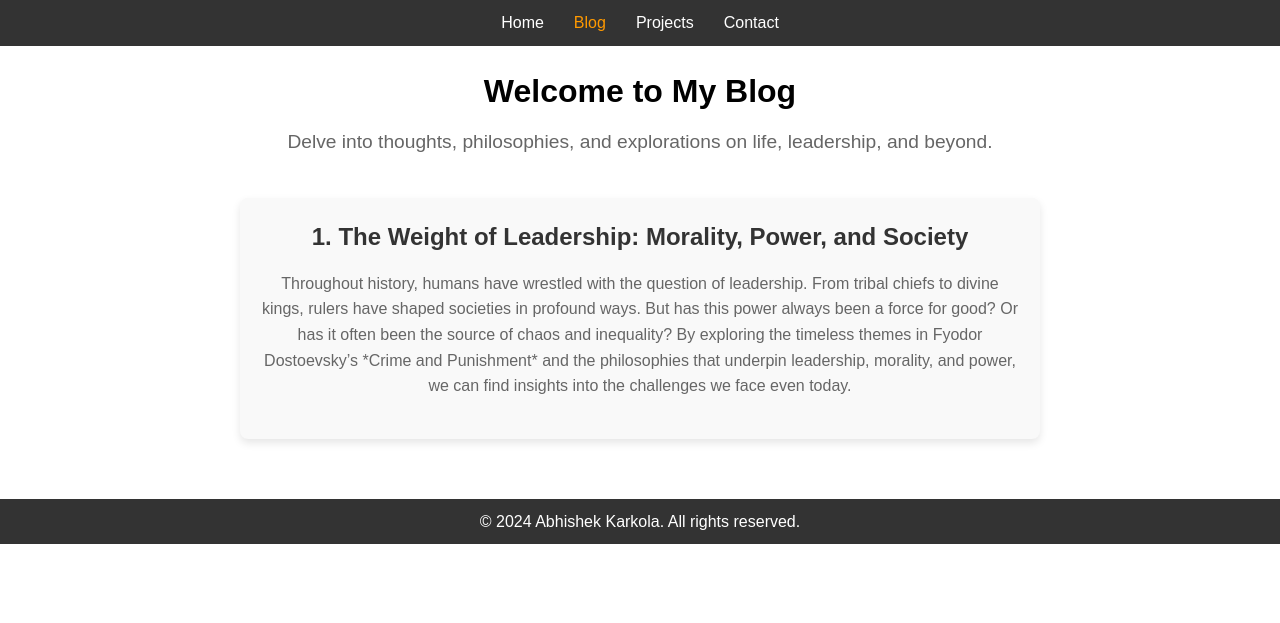
Repository: APersonalVoyage/APersonalVoyage.github.io
Page: blog.html
The author's editor kept a copy of each file at every save. The page is drawn from the files as they stood at one save, then again after the next save.
The browser window is 1280 px wide. The pictures show the whole page.

Above is the page before, as saved 2024-11-16 23:34:03.

### blog.html
<!DOCTYPE html>
<html lang="en">
<head>
  <meta charset="UTF-8">
  <meta name="viewport" content="width=device-width, initial-scale=1.0">
  <title>Blog - Abhishek Karkola</title>
  <link rel="stylesheet" href="blog.css">
</head>
<body>
  <header>
    <nav>
      <ul class="nav-links">
        <li><a href="index.html" class="nav-link">Home</a></li>
        <li><a href="blog.html" class="nav-link active">Blog</a></li>
        <li><a href="#projects" class="nav-link">Projects</a></li>
        <li><a href="#contact" class="nav-link">Contact</a></li>
      </ul>
    </nav>
  </header>

  <main>
    <section id="blog" class="blog-section-container">
      <div class="blog-header">
        <h1 class="title">Welcome to My Blog</h1>
        <p class="section__text">Delve into thoughts, philosophies, and explorations on life, leadership, and beyond.</p>
      </div>

      <div class="blog-containers">
        <!-- Blog Post 1 -->
        <article class="blog-details">
          <h2 class="project-title">
            <a href="blog_post_1.html" class="blog-link">1. The Weight of Leadership: Morality, Power, and Society</a>
          </h2>
          <p class="blog-summary">
            Throughout history, humans have wrestled with the question of leadership. From tribal chiefs to divine kings, rulers have shaped societies in profound ways. But has this power always been a force for good? Or has it often been the source of chaos and inequality? By exploring the timeless themes in Fyodor Dostoevsky’s *Crime and Punishment* and the philosophies that underpin leadership, morality, and power, we can find insights into the challenges we face even today.
          </p>
        </article>
      </div>
    </section>
  </main>

  <footer>
    <p>&copy; 2024 Abhishek Karkola. All rights reserved.</p>
  </footer>
</body>
</html>

### blog.css
/* General reset and layout */
* {
  margin: 0;
  padding: 0;
  box-sizing: border-box;
}

body {
  font-family: Arial, sans-serif;
  line-height: 1.6;
}

header {
  background-color: #333;
  padding: 10px 0;
}

.nav-links {
  display: flex;
  justify-content: center;
  list-style: none;
}

.nav-link {
  color: white;
  text-decoration: none;
  padding: 0 15px;
}

.nav-link:hover,
.nav-link.active {
  color: #ff9900;
}

/* Main section styling */
.blog-section-container {
  padding: 20px;
  text-align: center;
}

.blog-header {
  margin-bottom: 40px; /* Adds space between title and blog post */
}

.title {
  font-size: 2rem;
  margin-bottom: 10px; /* Space below title */
}

.section__text {
  font-size: 1.2rem;
  color: #666;
  margin-bottom: 40px;
}

.blog-containers {
  display: flex;
  flex-direction: column;
  align-items: center; /* Aligns blog posts to the center */
  gap: 30px; /* Space between posts */
}

.blog-details {
  background-color: #f9f9f9;
  padding: 20px;
  width: 80%; /* Makes sure the blog posts aren't too wide */
  max-width: 800px; /* Limits the maximum width */
  border-radius: 8px;
  box-shadow: 0 4px 8px rgba(0, 0, 0, 0.1);
}

.project-title {
  font-size: 1.5rem;
  margin-bottom: 15px;
}

.blog-link {
  text-decoration: none;
  color: #333;
}

.blog-link:hover {
  color: #ff9900; /* Highlight on hover */
}

.blog-summary {
  font-size: 1rem;
  color: #666;
  line-height: 1.6;
  margin-bottom: 20px;
}

/* Footer Styling */
footer {
  background-color: #333;
  color: white;
  text-align: center;
  padding: 10px 0;
  margin-top: 40px;
}

After the next save:
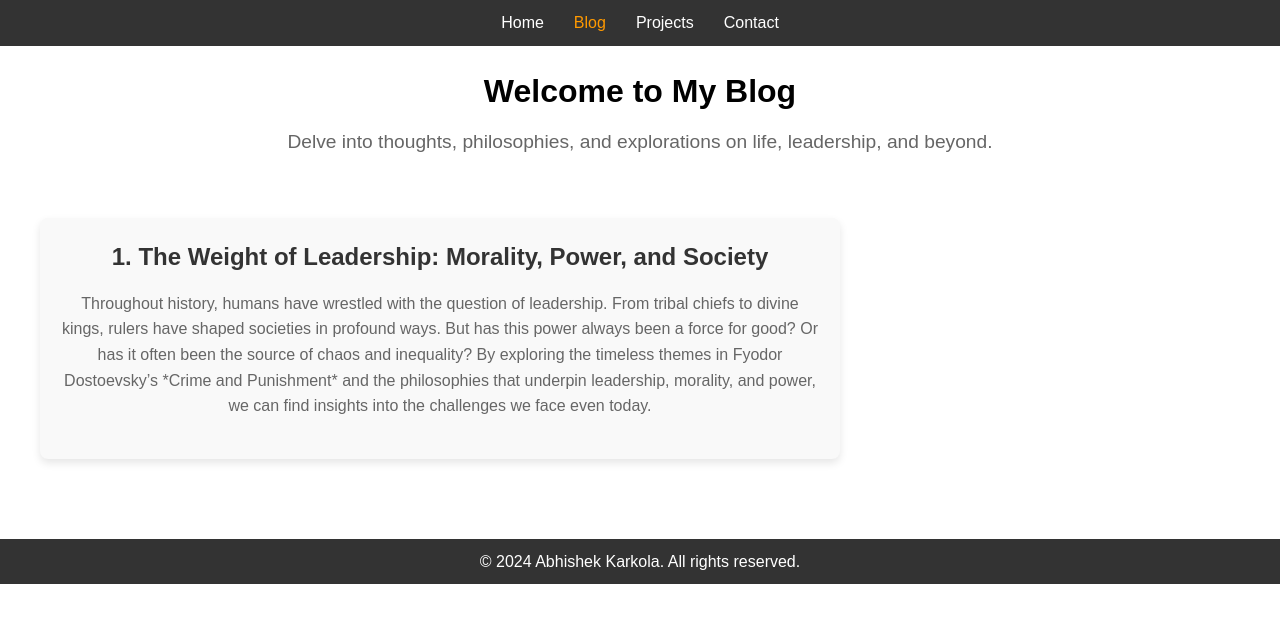
Saved 12 h 46 min later.
--- a/blog.html
+++ b/blog.html
@@ -25,7 +25,7 @@
         <p class="section__text">Delve into thoughts, philosophies, and explorations on life, leadership, and beyond.</p>
       </div>
 
-      <div class="blog-containers">
+      <div class="blog-section-container">
         <!-- Blog Post 1 -->
         <article class="blog-details">
           <h2 class="project-title">

After the save that followed:
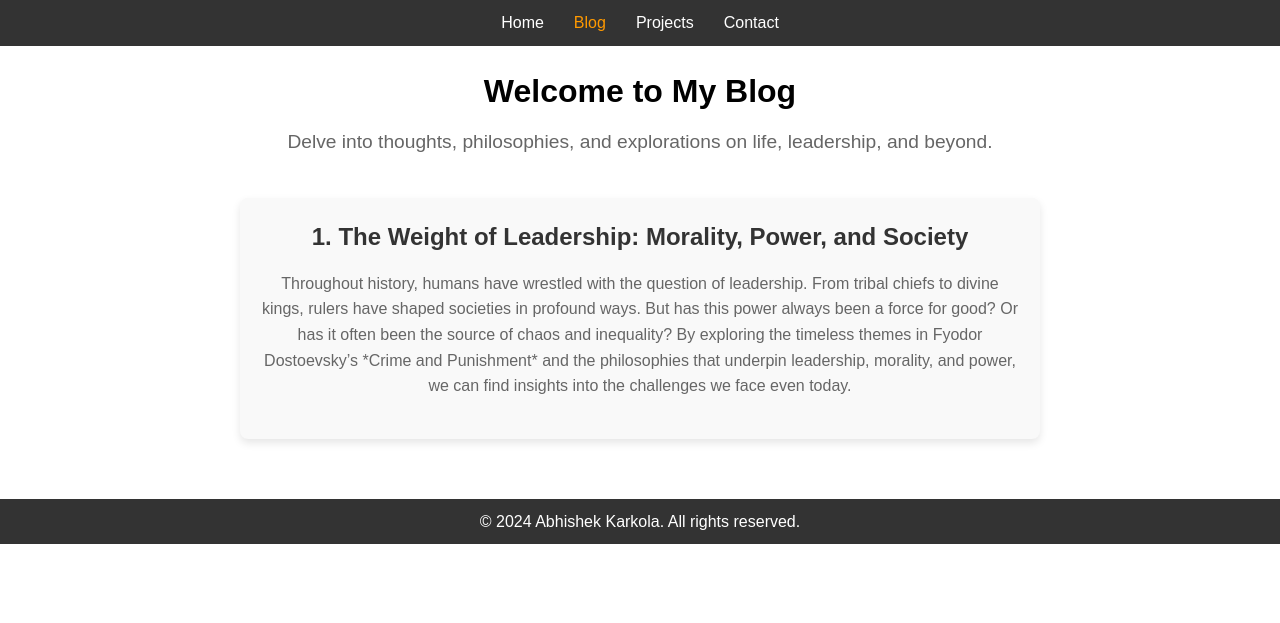
Saved 15 s later.
--- a/blog.html
+++ b/blog.html
@@ -25,7 +25,7 @@
         <p class="section__text">Delve into thoughts, philosophies, and explorations on life, leadership, and beyond.</p>
       </div>
 
-      <div class="blog-section-container">
+      <div class="blog-containers">
         <!-- Blog Post 1 -->
         <article class="blog-details">
           <h2 class="project-title">
